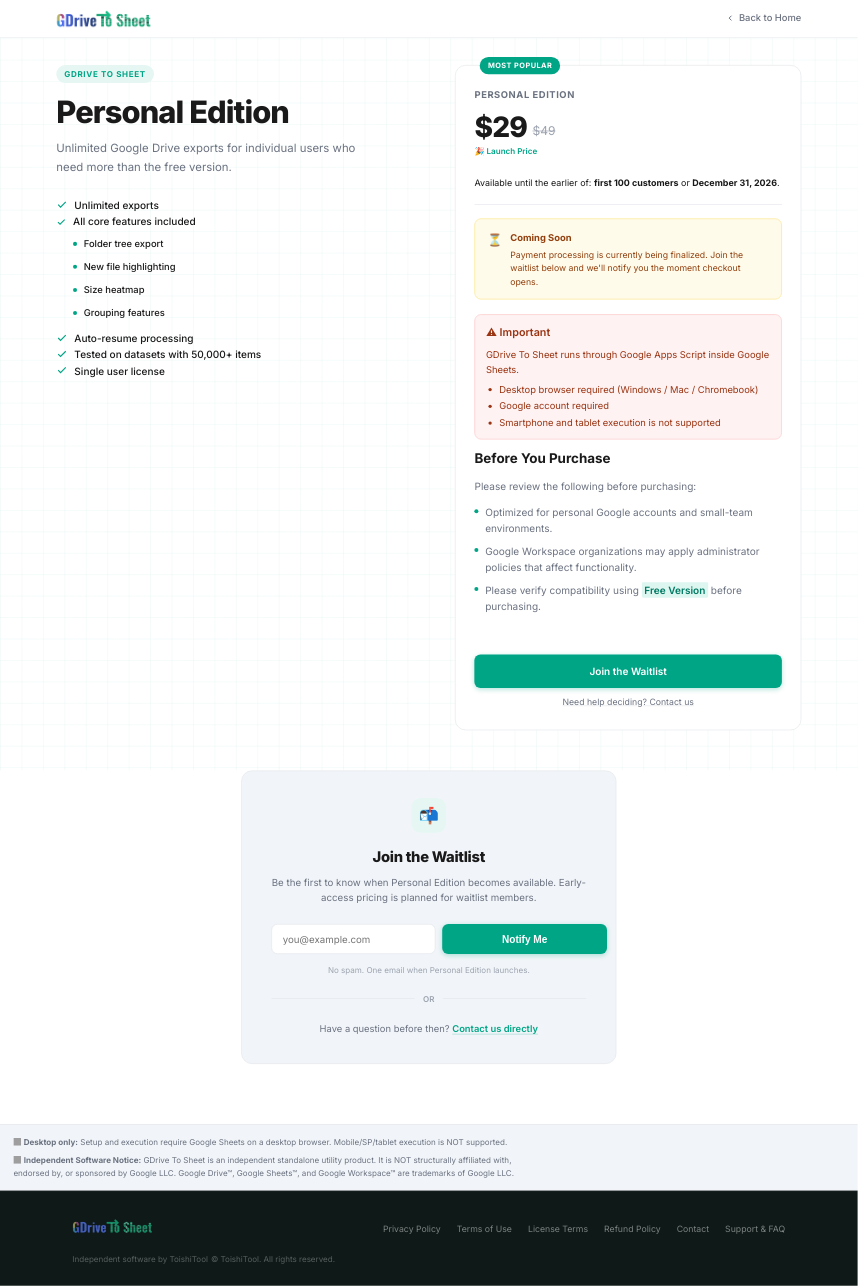
Repository: toishitool/gdrive-to-sheet
Page: personal-edition.html
The author's editor kept a copy of each file at every save. The page is drawn from the files as they stood at one save, then again after the next save.
The browser window is 1280 px wide. The pictures show the whole page, at 67% of full size.
Pictures or frames that could not be fetched are drawn as grey boxes.

Above is the page before, as saved 2026-06-24 09:33:10.

After the next save:
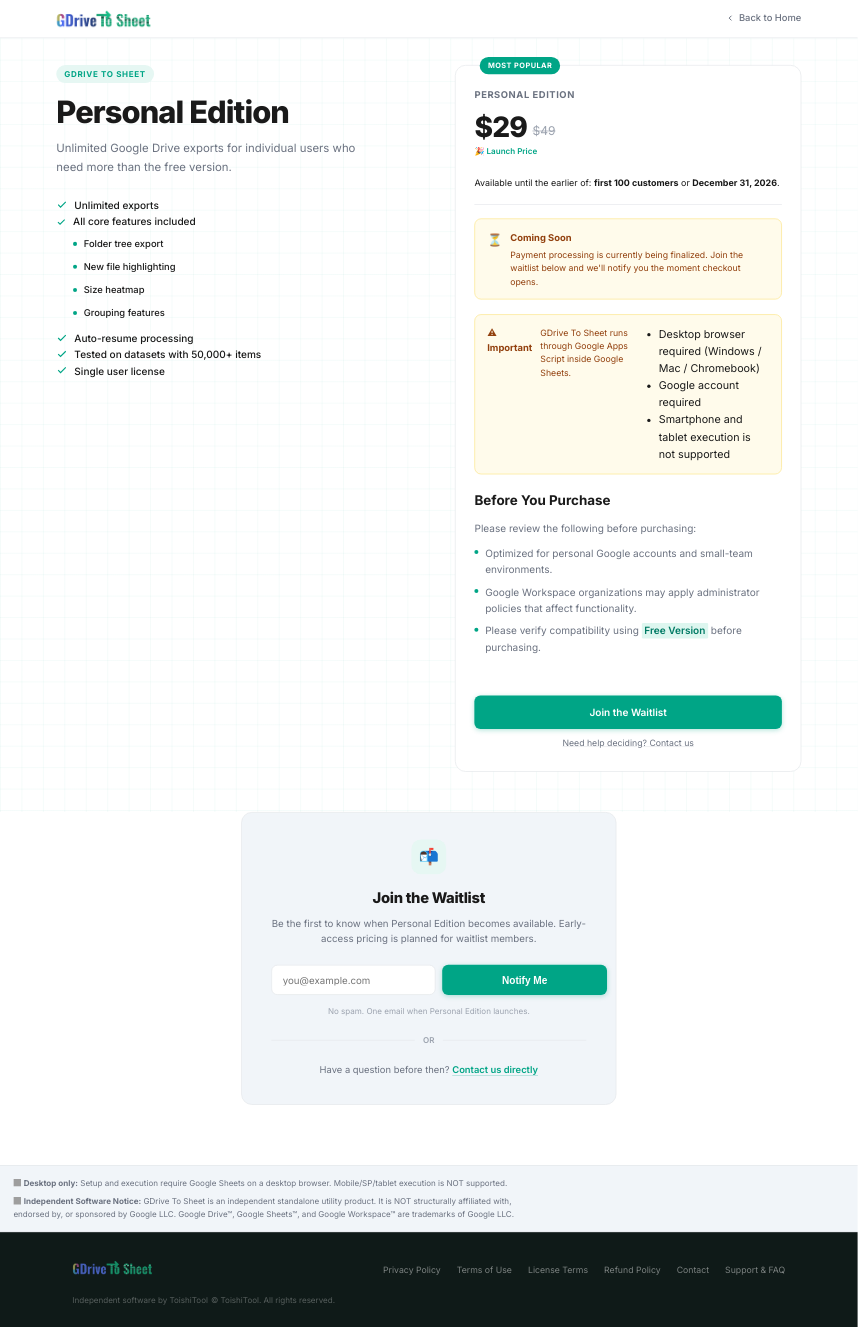
Saved 24 s later.
--- a/personal-edition.html
+++ b/personal-edition.html
@@ -101,7 +101,7 @@
           </div>
 
 
-                    <div class="highlight-card warning">
+                    <div class="coming-soon">
   <h3>⚠ Important</h3>
   <p>
     GDrive To Sheet runs through Google Apps Script inside Google Sheets.
